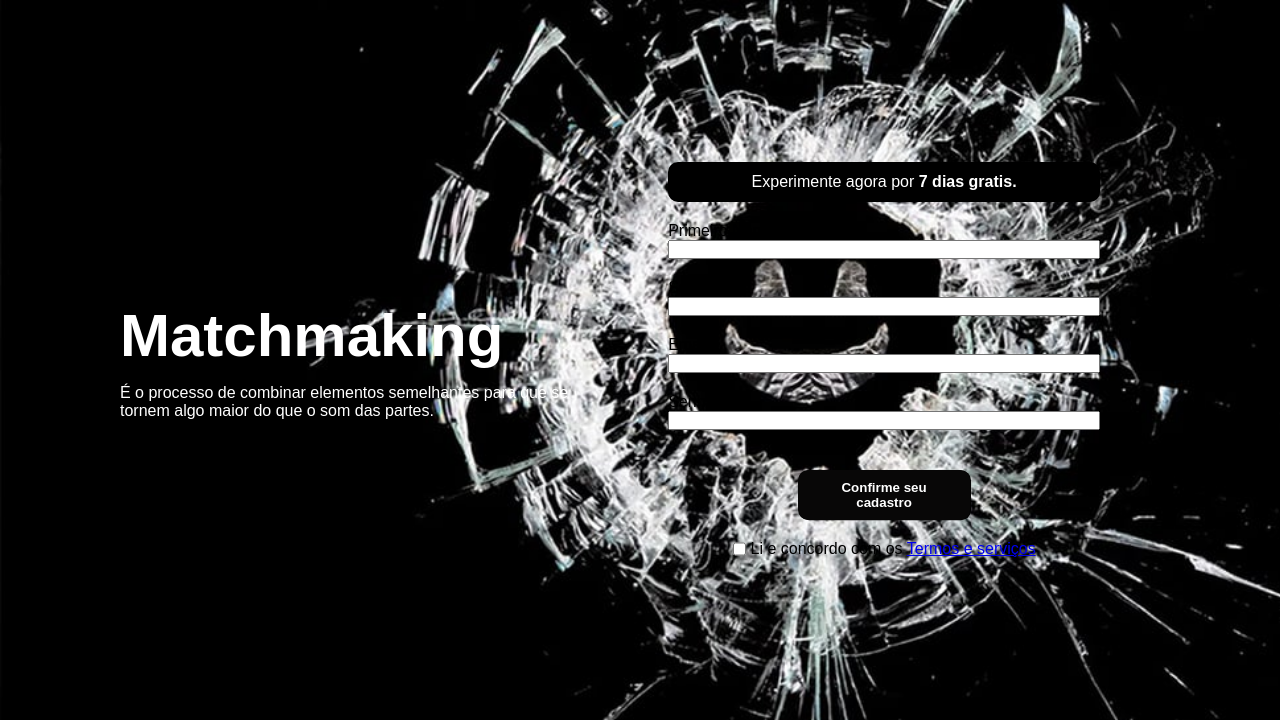
Repository: analessp/tela-login
Page: index.html
An editor plug-in stored every save of this project. The page is shown before and after the next save, followed by the edit.
The browser window is 1280 px wide. The pictures show the whole page.
Some web fonts or font styles are not loaded; a fallback is used.

Above is the page before, as saved 2025-04-16 11:35:59.

After the next save:
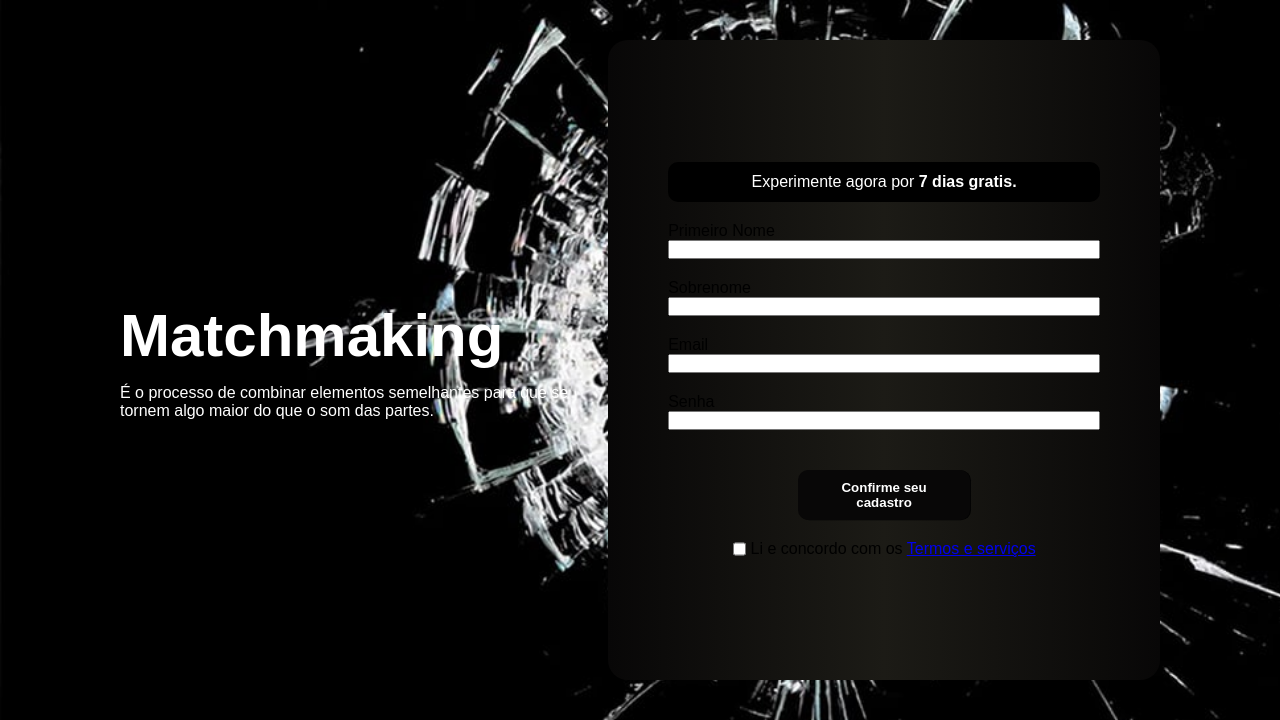
Saved 24 s later.
--- a/style.css
+++ b/style.css
@@ -57,8 +57,9 @@ main {
 }
 
 .container-right {
+    background: #080707;
+    background: linear-gradient(90deg, rgba(8, 7, 7, 1) 0%, rgba(28, 27, 22, 1) 50%, rgba(8, 7, 7, 1) 100%);
     display: flex;
-    background-color: rgba(#030303, #080707, #1e130c, #333333);
     flex-direction: column;
     justify-content: center;
     align-items: center;
